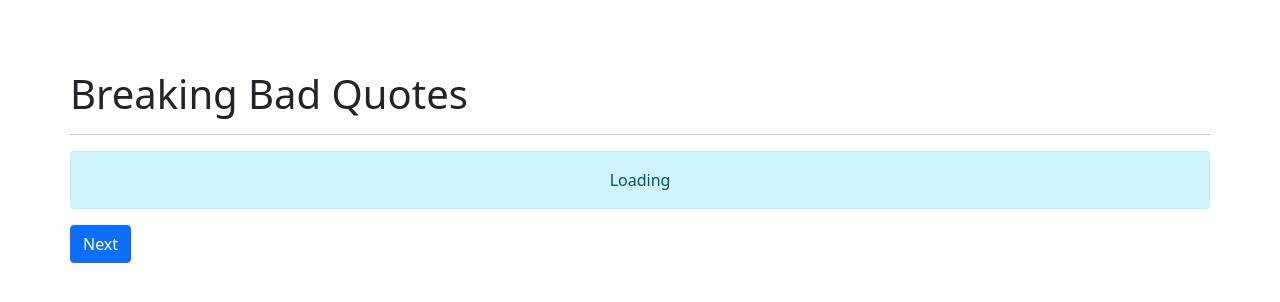
Repository: ppfeliuu/hooks-app
Page: /
The author's editor kept a copy of each file at every save. The page is drawn from the files as they stood at one save, then again after the next save.
The browser window is 1280 px wide. The pictures show the whole page.
The page's requests for data from a server got no answer. The project was rebuilt for these pictures with package versions that can differ from the ones it lists, and the page was loaded fresh each time. No one was signed in, and anything a server would have sent is missing. Also part of the build but not shown: src/components/01-useState/CounterApp.js, src/components/01-useState/CounterWithCustomHook.js, src/hooks/useForm.js, src/components/02-useEffect/FormWithCustomHook.js, src/components/02-useEffect/Message.js, src/components/02-useEffect/SimpleForm.js, src/HookApp.js.

Above is the page before, as saved 2021-05-29 22:37:58.

### public/index.html
<!DOCTYPE html>
<html lang="en">
  <head>
    <meta charset="utf-8" />
    <link rel="icon" href="%PUBLIC_URL%/favicon.ico" />
    <meta name="viewport" content="width=device-width, initial-scale=1" />
    <meta name="theme-color" content="#000000" />
    <meta
      name="description"
      content="Web site created using create-react-app"
    />
    <link rel="apple-touch-icon" href="%PUBLIC_URL%/logo192.png" />
    <!--
      manifest.json provides metadata used when your web app is installed on a
      user's mobile device or desktop. See https://developers.google.com/web/fundamentals/web-app-manifest/
    -->
    <link rel="manifest" href="%PUBLIC_URL%/manifest.json" />
    <!--
      Notice the use of %PUBLIC_URL% in the tags above.
      It will be replaced with the URL of the `public` folder during the build.
      Only files inside the `public` folder can be referenced from the HTML.

      Unlike "/favicon.ico" or "favicon.ico", "%PUBLIC_URL%/favicon.ico" will
      work correctly both with client-side routing and a non-root public URL.
      Learn how to configure a non-root public URL by running `npm run build`.
    -->
    <link
      href="https://cdn.jsdelivr.net/npm/bootstrap@5.0.1/dist/css/bootstrap.min.css"
      rel="stylesheet"
      integrity="sha384-+0n0xVW2eSR5OomGNYDnhzAbDsOXxcvSN1TPprVMTNDbiYZCxYbOOl7+AMvyTG2x"
      crossorigin="anonymous"
    />
    <title>Hooks App</title>
  </head>
  <body>
    <noscript>You need to enable JavaScript to run this app.</noscript>
    <div id="root"></div>
    <!--
      This HTML file is a template.
      If you open it directly in the browser, you will see an empty page.

      You can add webfonts, meta tags, or analytics to this file.
      The build step will place the bundled scripts into the <body> tag.

      To begin the development, run `npm start` or `yarn start`.
      To create a production bundle, use `npm run build` or `yarn build`.
    -->
  </body>
</html>

### src/index.js
import React from "react";
import ReactDOM from "react-dom";
import { CounterApp } from "./components/01-useState/CounterApp";
import { CounterWithCustomHook } from "./components/01-useState/CounterWithCustomHook";
import { FormWithCustomHook } from "./components/02-useEffect/FormWithCustomHook";
import { SimpleForm } from "./components/02-useEffect/SimpleForm";
import { MultipleCustomHooks } from "./components/examples/MultipleCustomHooks";
import { HookApp } from "./HookApp";

ReactDOM.render(<MultipleCustomHooks />, document.getElementById("root"));

### src/components/examples/MultipleCustomHooks.js
import React from "react";
import { useCounter } from "../../hooks/useCounter";
import { useFetch } from "../../hooks/useFetch";
import "../02-useEffect/effects.css";

export const MultipleCustomHooks = () => {
  const { counter, increment } = useCounter(1);
  const { loading, data } = useFetch(
    `https://www.breakingbadapi.com/api/quotes/${counter}`
  );
  // console.log(state);

  const { author, quote } = !!data && data[0];

  return (
    <div>
      <h1>Breaking Bad Quotes</h1>
      <hr />

      {loading ? (
        <div className="alert alert-info text-center">Loading</div>
      ) : (
        <blockquote className="blockquote text-right">
          <p className="mb-2">{quote}</p>
          <footer className="blockquote-footer">{author}</footer>
        </blockquote>
      )}

      <button className="btn btn-primary" onClick={increment}>
        Next
      </button>
    </div>
  );
};

### src/hooks/useCounter.js
import { useState } from "react";

export const useCounter = (initialState = 1) => {
  const [counter, setCounter] = useState(initialState);

  const increment = () => {
    setCounter(counter + 1);
  };

  const decrement = () => {
    setCounter(counter - 1);
  };

  const reset = () => {
    setCounter(initialState);
  };

  return {
    counter,
    increment,
    decrement,
    reset,
  };
};

### src/hooks/useFetch.js
import { useEffect, useState } from "react";

export const useFetch = (url) => {
  const [state, setstate] = useState({
    data: null,
    loading: true,
    error: null,
  });

  useEffect(() => {
    setstate({ data: null, loading: true, error: null });
    fetch(url)
      .then((resp) => resp.json())
      .then((data) => {
        setstate({
          loading: false,
          error: null,
          data: data,
        });
      });
  }, [url]);

  return state;
};

### src/components/04-useRef/FocusScreen.js
import React from "react";

export const FocusScreen = () => {
  return (
    <div>
      <h1>Focus Screen</h1>
    </div>
  );
};

Loaded but not shown: src/components/01-useState/counter.css (common file); src/components/02-useEffect/effects.css (common file)

After the next save:
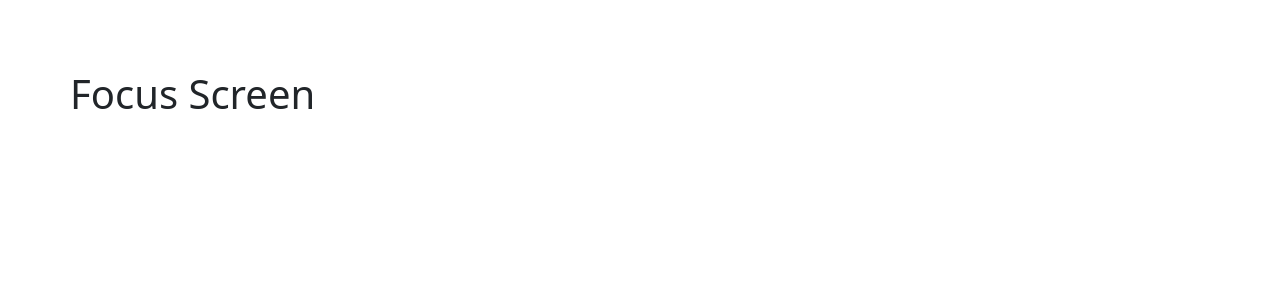
Saved 12 s later.
--- a/src/index.js
+++ b/src/index.js
@@ -4,7 +4,8 @@
 import { CounterWithCustomHook } from "./components/01-useState/CounterWithCustomHook";
 import { FormWithCustomHook } from "./components/02-useEffect/FormWithCustomHook";
 import { SimpleForm } from "./components/02-useEffect/SimpleForm";
+import { FocusScreen } from "./components/04-useRef/FocusScreen";
 import { MultipleCustomHooks } from "./components/examples/MultipleCustomHooks";
 import { HookApp } from "./HookApp";
 
-ReactDOM.render(<MultipleCustomHooks />, document.getElementById("root"));
+ReactDOM.render(<FocusScreen />, document.getElementById("root"));
